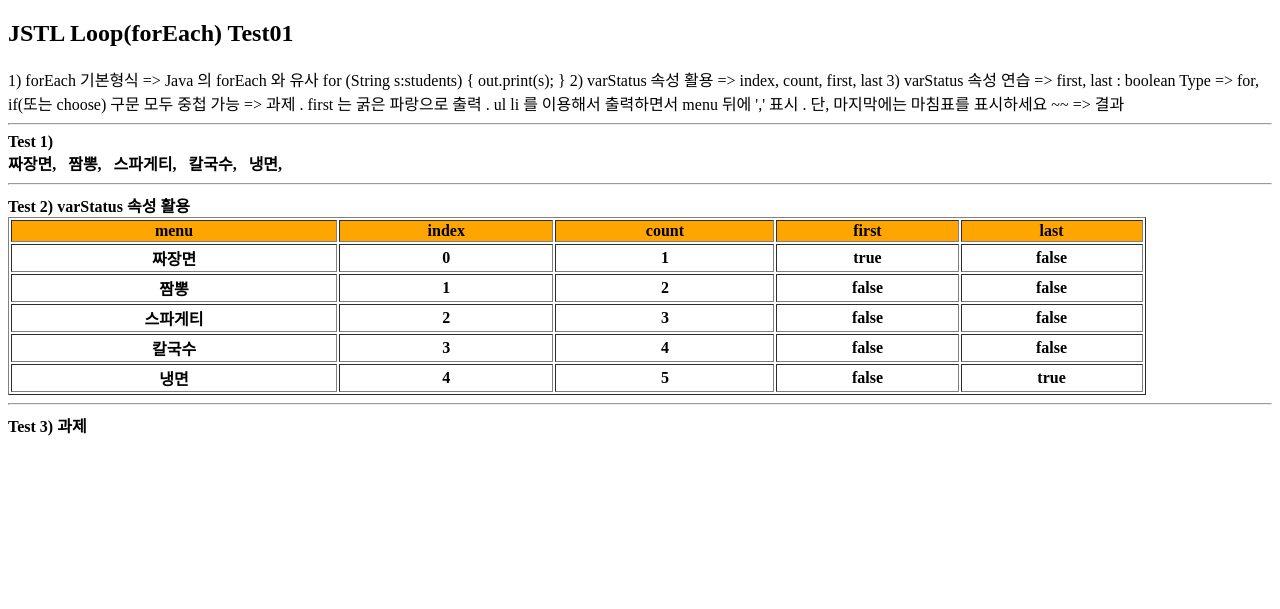
Repository: nameground/Java
Page: http://localhost/Web01/jsp05_JSTL/ex03_For01.jsp
An editor plug-in stored every save of this project. The page is shown before and after the next save, followed by the edit.
The browser window is 1280 px wide. The pictures show the whole page.
The page is served by Tomcat 9. Nobody is signed in. The application's start-up code is not run.

Above is the page before, as saved 2023-10-13 08:15:19.

After the next save:
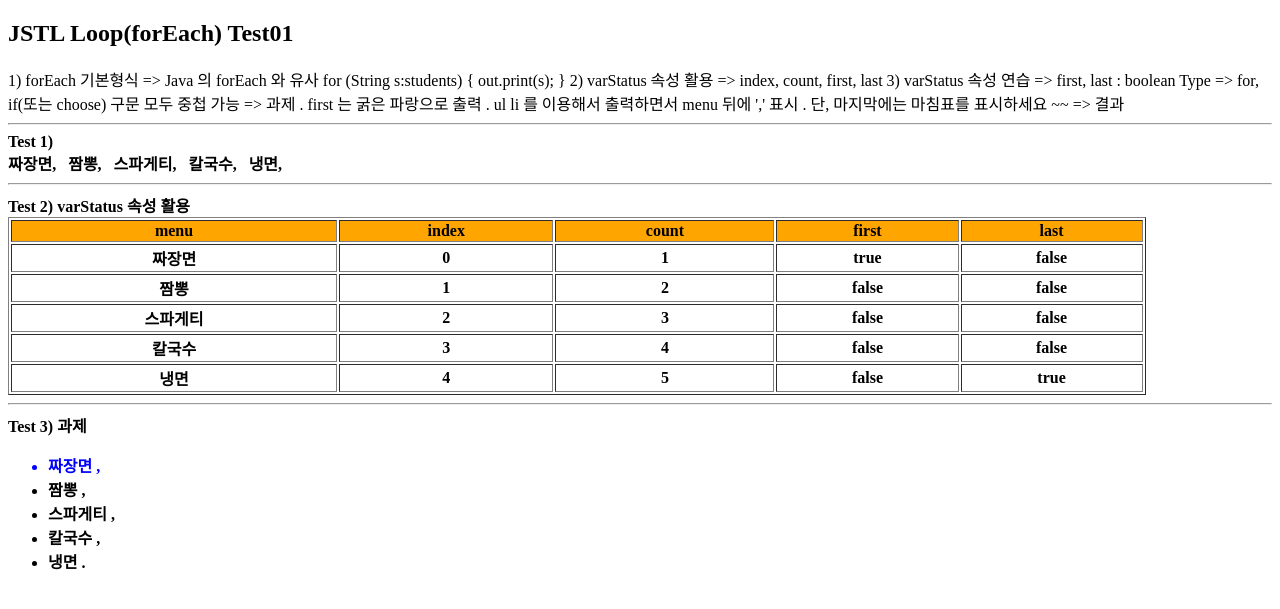
Saved 16 min 42 s later.
--- a/mTest/Mywork/Web01/src/main/webapp/jsp05_JSTL/ex03_For01.jsp
+++ b/mTest/Mywork/Web01/src/main/webapp/jsp05_JSTL/ex03_For01.jsp
@@ -56,7 +56,17 @@ Test 2) varStatus 속성 활용
 </table>
 <hr>
 Test 3) 과제
+<ul>
 <c:forEach var="menu" items="${menuList}" varStatus="vs">
-</c:forEach>
+   <li
+   		<c:if test="${vs.index == 0 }">style="color:blue"
+   			</c:if>>
+   				${menu}
+   			<c:if test="${vs.last == false}">,
+   			</c:if><c:if test="${vs.last == true}">.
+   		</c:if>
+   </li>
+ </c:forEach>
+</ul>
 </body>
 </html>
